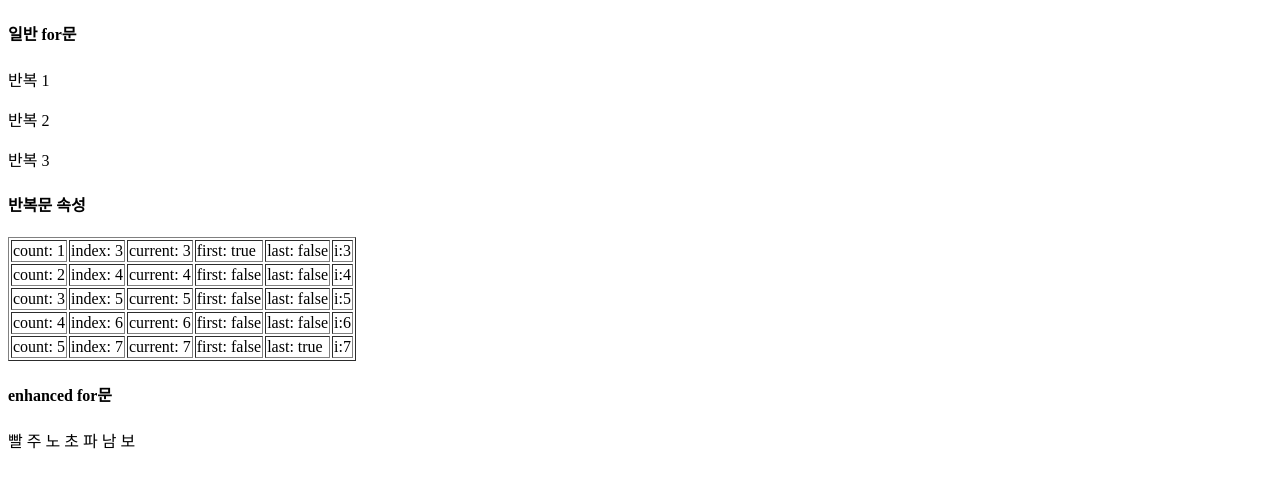
Repository: parkho96/testnum2
Page: http://localhost/jspstudy/11JSTL/ForEach.jsp
An editor plug-in stored every save of this project. The page is shown before and after the next save, followed by the edit.
The browser window is 1280 px wide. The pictures show the whole page.
The page is served by Tomcat 9. Other server files are loaded and not shown.

Above is the page before, as saved 2023-04-10 03:57:51.

### workjsp/jspstudy/src/main/webapp/11JSTL/ForEach.jsp
<%@ page language="java" contentType="text/html; charset=UTF-8"
    pageEncoding="UTF-8"%>
<%@ page import="java.util.*" %>
<%@ page import="common.Person" %>
<%@ taglib prefix="c" uri="http://java.sun.com/jsp/jstl/core" %>
<!DOCTYPE html>
<html>
<head>
<meta charset="UTF-8">
<title>JSTL core forEach</title>
</head>
<body>
	<h4>일반 for문</h4>
	<!-- 디폴트로는 step는 1로 설정함 -->
	<c:forEach var="i" begin="1" end="3" step="1">
		<p>반복 ${i}</p>
	</c:forEach>

	<h4>반복문 속성</h4>
	<table border="1">
	<c:forEach begin="3" end="7" var="i" varStatus="loop">
		<tr>
			<!-- 반복순서 -->
			<td>count: ${loop.count}</td>

			<!-- 인덱스 값 -->
			<td>index: ${loop.index}</td>

			<!-- 현재 위치 값 -->
			<td>current: ${loop.current}</td>

			<!-- 처음인지 아닌지? -->
			<td>first: ${loop.first}</td>

			<!-- 마지막인지 아닌지? -->
			<td>last: ${loop.last}</td>

			<!-- 인덱스 값 -->
			<td>i:${i}</td>
		</tr>
	</c:forEach>
	</table>

	<h4>enhanced for문</h4>
	<%
		String[] rainbow={"빨","주","노","초","파","남","보"};
	%>
	<c:forEach items="<%=rainbow%>" var="color">
		<span>${color}</span>
	</c:forEach>



</body>
</html>

After the next save:
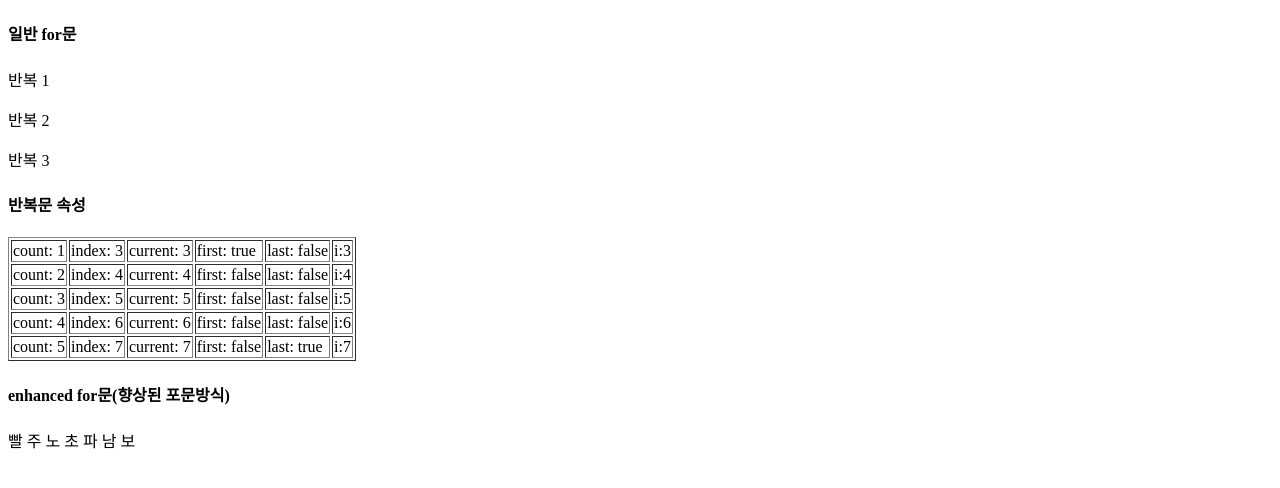
Saved 3 min 36 s later.
--- a/workjsp/jspstudy/src/main/webapp/11JSTL/ForEach.jsp
+++ b/workjsp/jspstudy/src/main/webapp/11JSTL/ForEach.jsp
@@ -41,14 +41,17 @@
 	</c:forEach>
 	</table>
 
-	<h4>enhanced for문</h4>
+
+	<h4>enhanced for문(향상된 포문방식)</h4>
 	<%
 		String[] rainbow={"빨","주","노","초","파","남","보"};
 	%>
 	<c:forEach items="<%=rainbow%>" var="color">
 		<span>${color}</span>
 	</c:forEach>
-
+	<%
+		String[] rainbow2={"red","orange","yellow","green","blue","navy","purple"};
+	%>
 
 
 </body>
